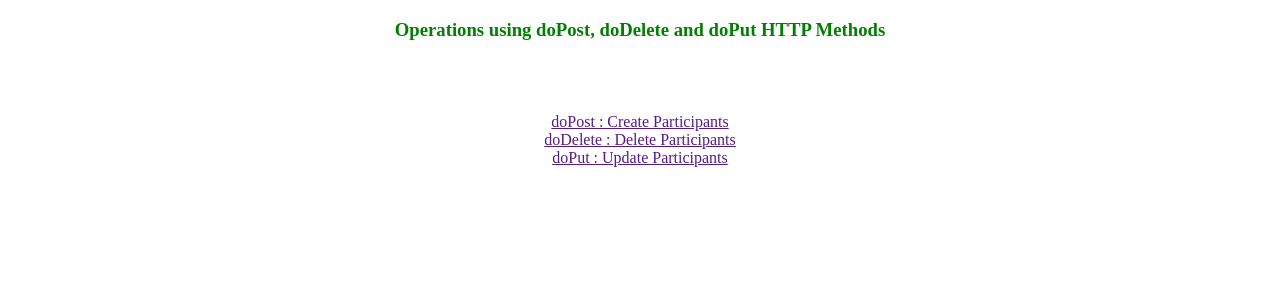
Repository: aparadamx/MavenServletJSP
Page: GymWebApp/src/main/webapp/index.html
An editor plug-in stored every save of this project. The page is shown before and after the next save, followed by the edit.
The browser window is 1280 px wide. The pictures show the whole page.

Above is the page before, as saved 2024-09-05 08:11:38.

### GymWebApp/src/main/webapp/index.html
<!DOCTYPE html>
<html>
<head>
<meta charset="UTF-8">
<title>Insert title here</title>
</head>
<body>
	<div>
		<h3 style="text-align:center ; color:green">Operations using doPost, doDelete and doPut HTTP Methods</h3><br><br><br>
	</div>

	<div style="text-align:center">
		<a href="">doPost : Create Participants</a><br>
	</div>

	<div style="text-align:center">
		<a href="">doDelete : Delete Participants</a><br>
	</div>

		<div style="text-align:center">
		<a href="">doPut : Update Participants</a><br>
	</div>
</body>
</html>

After the next save:
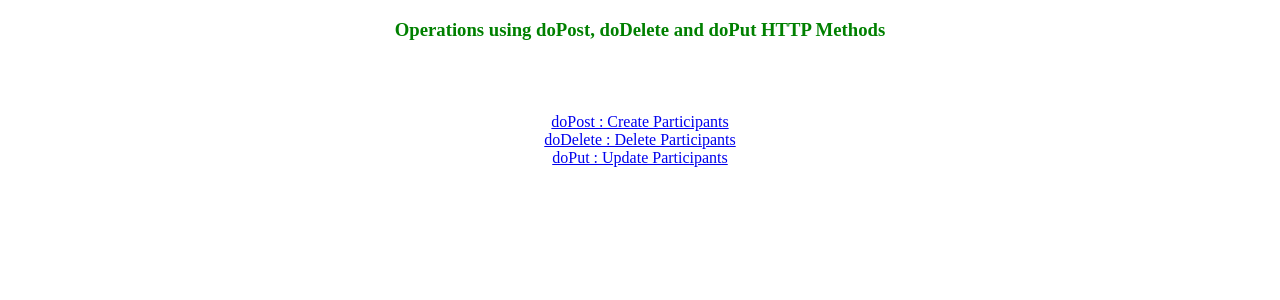
Saved 29 s later.
--- a/GymWebApp/src/main/webapp/index.html
+++ b/GymWebApp/src/main/webapp/index.html
@@ -10,15 +10,15 @@
 	</div>
 
 	<div style="text-align:center">
-		<a href="">doPost : Create Participants</a><br>
+		<a href="doPostServlet.html">doPost : Create Participants</a><br>
 	</div>
 
 	<div style="text-align:center">
-		<a href="">doDelete : Delete Participants</a><br>
+		<a href="doDeleteServlet.html">doDelete : Delete Participants</a><br>
 	</div>
 
 		<div style="text-align:center">
-		<a href="">doPut : Update Participants</a><br>
+		<a href="doPutServlet.html">doPut : Update Participants</a><br>
 	</div>
 </body>
 </html>
